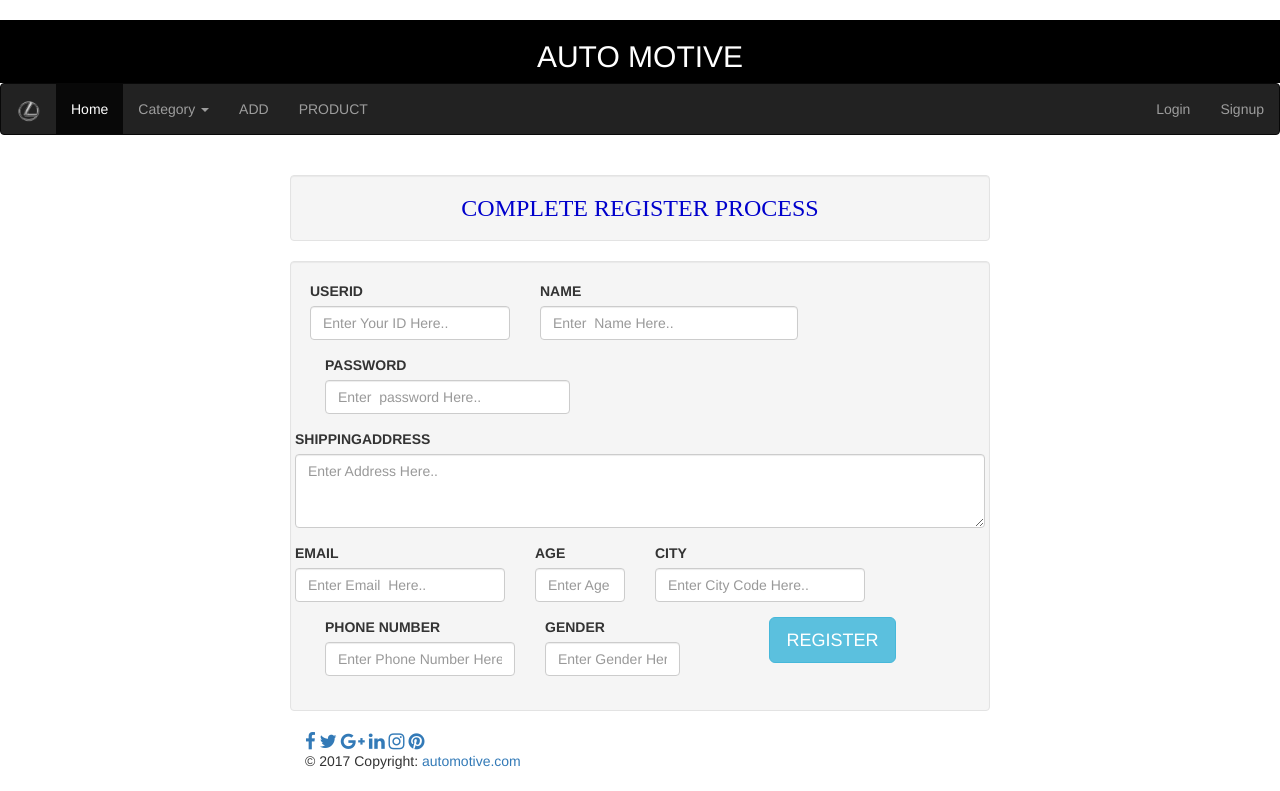
Repository: kavintech/DTProject
Page: http://localhost/Ecommerce_frontend/WEB-INF/views/registerpage.jsp
The author's editor kept a copy of each file at every save. The page is drawn from the files as they stood at one save, then again after the next save.
The browser window is 1280 px wide. The pictures show the whole page.
Some web libraries are served in a nearby version. The page is served by Tomcat 9. Nobody is signed in. Other server files are loaded and not shown. The template is opened directly, without the code that normally fills it, so the values that code supplies are empty.

Above is the page before, as saved 2017-11-27 07:43:27.

### Ecommerce_frontend/src/main/webapp/WEB-INF/views/registerpage.jsp
<%@ page language="java" contentType="text/html; charset=ISO-8859-1"
    pageEncoding="ISO-8859-1"%>
<!DOCTYPE html PUBLIC "-//W3C//DTD HTML 4.01 Transitional//EN" "http://www.w3.org/TR/html4/loose.dtd">
<html>
<head>
<meta http-equiv="Content-Type" content="text/html; charset=ISO-8859-1">
<title>Insert title here</title>
<!-- To Access the Bootstrap link -->
<link rel="stylesheet" href="https://maxcdn.bootstrapcdn.com/bootstrap/3.3.7/css/bootstrap.min.css">
<script src="https://ajax.googleapis.com/ajax/libs/jquery/3.2.1/jquery.min.js"></script>
<script src="https://maxcdn.bootstrapcdn.com/bootstrap/3.3.7/js/bootstrap.min.js"></script>
<link href="//maxcdn.bootstrapcdn.com/font-awesome/4.1.0/css/font-awesome.min.css" rel="stylesheet">
<link href=".resources/css/registerpage.css" rel="stylesheet"/>
<style type="text/css">
  .backgroundclr
  {
    background-color: #00ff00;
  }
</style>
</head>
<body>
<jsp:include page="header.jsp"></jsp:include>
<!-- Registration form here -->
<div class="container">
    <center><h3 class="well" style="font-family: times new roman;font-style: times new roman;color:#0000cc">COMPLETE REGISTER PROCESS</h3></center>
	<div class="col-lg-12 well">
	<div class="row">
				<form  action="registerpage" method="post">
					<div class="col-sm-12">
						<div class="row">
							<div class="col-sm-4 form-group">

								<label>USERID</label>
								<input type="text" placeholder="Enter Your ID Here.." class="form-control" pattern="[0-9]+" required name="userid">
							</div>
							<div class="col-sm-5 form-group">
								<label>NAME</label>
								<input type="text" placeholder="Enter  Name Here.." class="form-control" pattern="^[a-zA-Z][a-zA-Z0-9-_\.]{1,20}$" required name="username">
							</div>
						</div>
						<div class="col-sm-5 form-group">
								<label>PASSWORD</label>

								<input type="text" placeholder="Enter  password Here.." class="form-control"  pattern="[A-Za-z]+" required name="userpass">
							</div>
						</div>
						<div class="form-group">
							<label>SHIPPINGADDRESS</label>
							<textarea placeholder="Enter Address Here.." rows="3" class="form-control" pattern="^[a-zA-Z][a-zA-Z0-9-_\.]{1,20}$" required name="useraddress"></textarea>
						</div>
						<div class="row">
							<div class="col-sm-4 form-group">

								<label>EMAIL</label>
								<input type="text" placeholder="Enter Email  Here.." class="form-control" pattern="[a-z0-9._%+-]+@[a-z0-9.-]+\.[a-z]{2,4}$" required name="usermail">
							</div>
							<div class="col-sm-2 form-group">
								<label>AGE</label>
								<input type="text" placeholder="Enter Age Here.." class="form-control" required name="userage">
							</div>
							<div class="col-sm-4 form-group">
								<label>CITY</label>
								<input type="text" placeholder="Enter City Code Here.." class="form-control" pattern="^[a-zA-Z][a-zA-Z0-9-_\.]{1,20}$" required name="usercity">
							</div>
						</div>


						</div>
					<div class="form-group">
					<div class="col-sm-4 form-group">
						<label>PHONE NUMBER</label>
						<input type="text" placeholder="Enter Phone Number Here.." class="form-control" pattern="^\{10}$" required name="userphone">
					</div>

					<div class="form-group">
					<div class="col-sm-3 form-group">
						<label>GENDER</label>
						<input type="text" placeholder="Enter Gender Here.."  class="form-control" pattern="^[a-zA-Z][a-zA-Z0-9-_\.]{1,20}$" required name="usergen">

					</div>

					<center>

					<input type="submit" class="btn btn-lg btn-info" value="REGISTER"></input>	</center>
					</div>
				</form>
				</div>
	</div>
	 <!-- Footer of the webpages -->

 <jsp:include page="footer.jsp"></jsp:include>

	</div>
</body>
</html>

### Ecommerce_frontend/src/main/webapp/WEB-INF/views/header.jsp
<%@ page language="java" contentType="text/html; charset=ISO-8859-1"
    pageEncoding="ISO-8859-1"%>
    <%@ taglib prefix = "c" uri = "http://java.sun.com/jsp/jstl/core" %>
<!DOCTYPE html PUBLIC "-//W3C//DTD HTML 4.01 Transitional//EN" "http://www.w3.org/TR/html4/loose.dtd">
<html>
<head>
<meta http-equiv="Content-Type" content="text/html; charset=ISO-8859-1">
<title>Insert title here</title>
<link rel="stylesheet" href="https://maxcdn.bootstrapcdn.com/bootstrap/3.3.7/css/bootstrap.min.css">
  <script src="https://ajax.googleapis.com/ajax/libs/jquery/3.2.1/jquery.min.js"></script>
  <script src="https://maxcdn.bootstrapcdn.com/bootstrap/3.3.7/js/bootstrap.min.js"></script>
</head>
<body>
<div class="container-fluid" style="background-color: BLACK;">
        <div class="row">
            <div class="col-md-12">
                <h2 class="text-center" style="margin-center:8.5%;color: white">AUTO MOTIVE</h2>
     </div>
     </div>
     </div>
<nav class="navbar navbar-inverse">
  <div class="container-fluid">
    <div class="navbar-header">
    <a class="navbar-brand brand-name">

    <img  src="./resources/images/lexus.png" class="img-circle" width="25px"></a>

     </div>
    <ul class="nav navbar-nav">
      <li class="active"><a href="#">Home</a></li>
      <li class="dropdown">

        <a class="dropdown-toggle" data-toggle="dropdown" href="">Category
        <span class="caret"></span></a>
        <ul class="dropdown-menu">
         <c:forEach items="${list}" var="p">

          <li><a href="">${p.categoryname}</a></li>

         </c:forEach>
        </ul>

      </li>
      <li><a href="<c:url value="admin/add"/>" role="button" aria-haspopup="true"
					aria-expanded="false">ADD</a></li>
      <li><a href="admin/productlistview">PRODUCT</a></li>
    </ul>
    <ul class="nav navbar-nav navbar-right">
     <c:if test="${pageContext.request.userPrincipal.name == null }">
					<li>
					 <a href=' <c:url value="/login" />'>Login</a>
					</li>
				<li><a href=' <c:url value="/reg" />'>Signup</a></li>

				</c:if>
    </ul>
  </div>

</nav>

</body>
</html>

### Ecommerce_frontend/src/main/webapp/WEB-INF/views/footer.jsp
<%@ page language="java" contentType="text/html; charset=ISO-8859-1"
    pageEncoding="ISO-8859-1"%>
<!DOCTYPE html PUBLIC "-//W3C//DTD HTML 4.01 Transitional//EN" "http://www.w3.org/TR/html4/loose.dtd">
<html>
<head>
<meta http-equiv="Content-Type" content="text/html; charset=ISO-8859-1">
<title>Insert title here</title>
<link rel="stylesheet" href="https://maxcdn.bootstrapcdn.com/bootstrap/3.3.7/css/bootstrap.min.css">
  <script src="https://ajax.googleapis.com/ajax/libs/jquery/3.2.1/jquery.min.js"></script>
  <script src="https://maxcdn.bootstrapcdn.com/bootstrap/3.3.7/js/bootstrap.min.js"></script>

<!--Footer-->
<footer class="page-footer indigo center-on-small-only pt-0">

    <!--Footer Links-->
    <div class="container">

        <!--First row-->
        <div class="row">

            <!--First column-->
            <div class="col-md-12">

                <div class="footer-socials mb-5 flex-center">

                    <!--Facebook-->
                    <a class="icons-sm fb-ic"><i class="fa fa-facebook fa-lg white-text mr-md-4"> </i></a>
                    <!--Twitter-->
                    <a class="icons-sm tw-ic"><i class="fa fa-twitter fa-lg white-text mr-md-4"> </i></a>
                    <!--Google +-->
                    <a class="icons-sm gplus-ic"><i class="fa fa-google-plus fa-lg white-text mr-md-4"> </i></a>
                    <!--Linkedin-->
                    <a class="icons-sm li-ic"><i class="fa fa-linkedin fa-lg white-text mr-md-4"> </i></a>
                    <!--Instagram-->
                    <a class="icons-sm ins-ic"><i class="fa fa-instagram fa-lg white-text mr-md-4"> </i></a>
                    <!--Pinterest-->
                    <a class="icons-sm pin-ic"><i class="fa fa-pinterest fa-lg white-text"> </i></a>
                </div>
            </div>
            <!--/First column-->
        </div>
        <!--/First row-->
    </div>
    <!--/Footer Links-->

    <!--Copyright-->
    <div class="footer-copyright">
        <div class="container-fluid">
            © 2017 Copyright: <a href="https://www.automotive.com">automotive.com </a>
        </div>
    </div>
    <!--/Copyright-->

</footer>

</head>
<body>

</body>
</html>

### Ecommerce_frontend/src/main/webapp/resources/css/registerpage.css
/* Space out content a bit */
body {
  padding-top: 20px;
  padding-bottom: 20px;
}

/* Everything but the jumbotron gets side spacing for mobile first views */
.header,
.marketing,
.footer {
  padding-right: 15px;
  padding-left: 15px;
}

/* Custom page header */
.header {
  border-bottom: 1px solid #e5e5e5;
}
/* Make the masthead heading the same height as the navigation */
.header h3 {
  padding-bottom: 19px;
  margin-top: 0;
  margin-bottom: 0;
  line-height: 40px;
}

/* Custom page footer */
.footer {
  padding-top: 19px;
  color: #777;
  border-top: 1px solid #e5e5e5;
}

/* Customize container */
@media (min-width: 768px) {
  .container {
    max-width: 730px;
  }
}
.container-narrow > hr {
  margin: 30px 0;
}

/* Main marketing message and sign up button */
.jumbotron {
  text-align: center;
  border-bottom: 1px solid #e5e5e5;
}
.jumbotron .btn {
  padding: 14px 24px;
  font-size: 21px;
}

/* Supporting marketing content */
.marketing {
  margin: 40px 0;
}
.marketing p + h4 {
  margin-top: 28px;
}

/* Responsive: Portrait tablets and up */
@media screen and (min-width: 768px) {
  /* Remove the padding we set earlier */
  .header,
  .marketing,
  .footer {
    padding-right: 0;
    padding-left: 0;
  }
  /* Space out the masthead */
  .header {
    margin-bottom: 30px;
  }
  /* Remove the bottom border on the jumbotron for visual effect */
  .jumbotron {
    border-bottom: 0;
  }
}

After the next save:
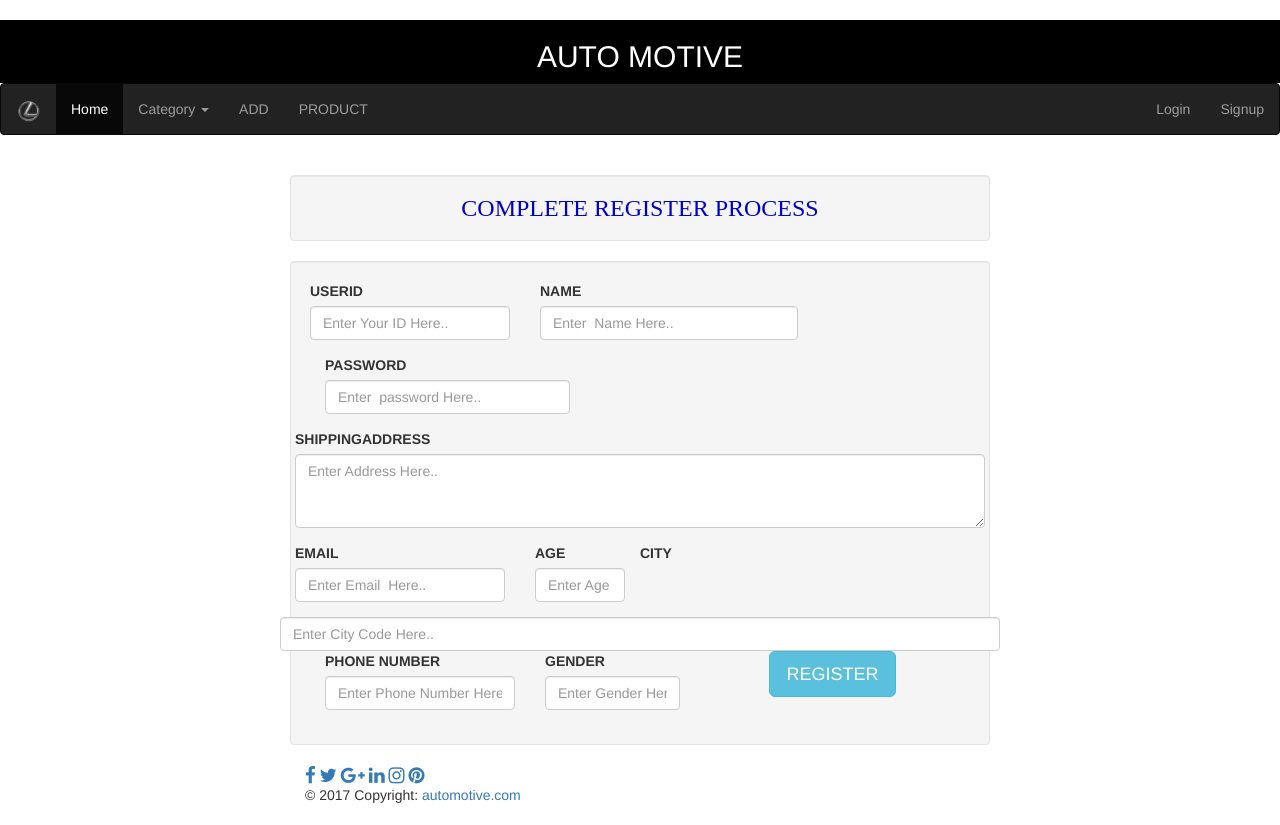
Saved 17 s later.
--- a/Ecommerce_frontend/src/main/webapp/WEB-INF/views/registerpage.jsp
+++ b/Ecommerce_frontend/src/main/webapp/WEB-INF/views/registerpage.jsp
@@ -58,7 +58,7 @@
 								<label>AGE</label>
 								<input type="text" placeholder="Enter Age Here.." class="form-control" required name="userage">
 							</div>
-							<div class="col-sm-4 form-group">
+							<div class="col-sm-43form-group">
 								<label>CITY</label>
 								<input type="text" placeholder="Enter City Code Here.." class="form-control" pattern="^[a-zA-Z][a-zA-Z0-9-_\.]{1,20}$" required name="usercity">
 							</div>

After the 2 saves that followed:
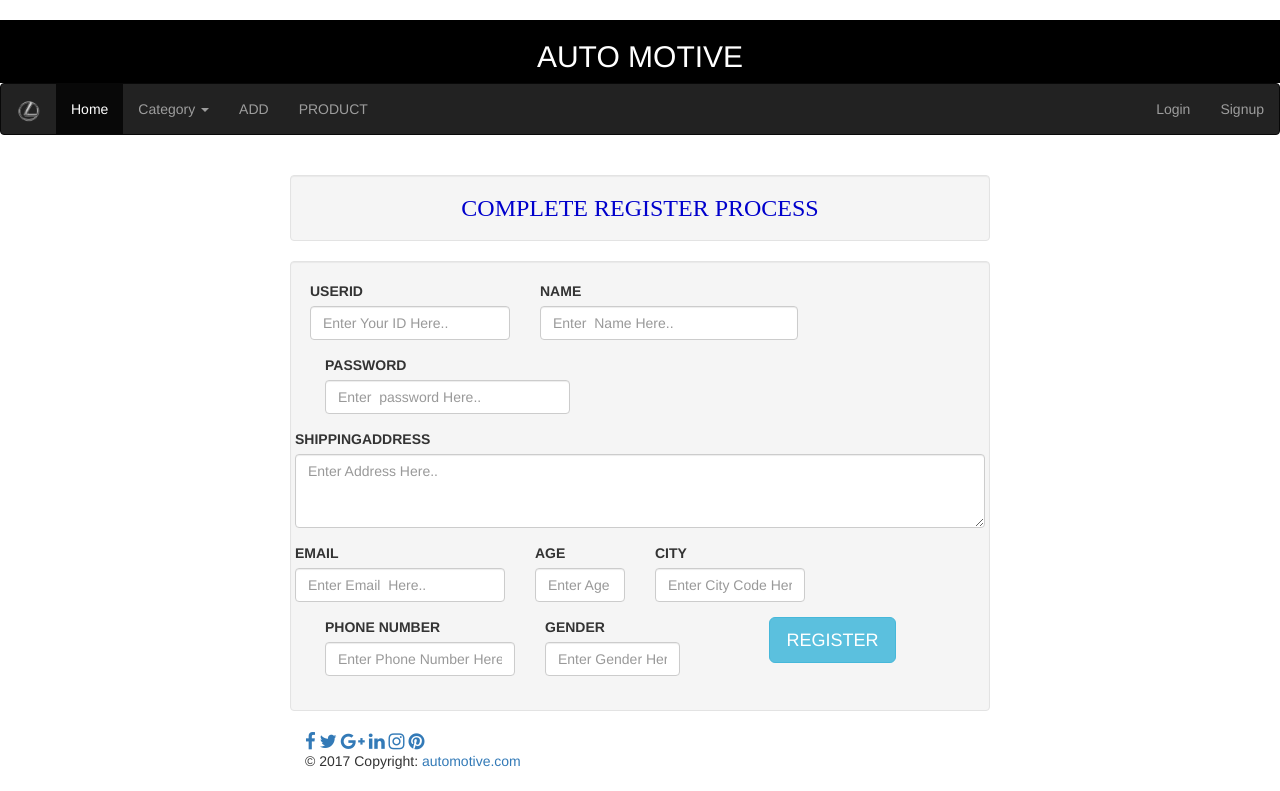
The 2 saves are shown as one change because 1 left the picture as it was.
The last was saved 58 s later.
--- a/Ecommerce_frontend/src/main/webapp/WEB-INF/views/registerpage.jsp
+++ b/Ecommerce_frontend/src/main/webapp/WEB-INF/views/registerpage.jsp
@@ -58,7 +58,7 @@
 								<label>AGE</label>
 								<input type="text" placeholder="Enter Age Here.." class="form-control" required name="userage">
 							</div>
-							<div class="col-sm-43form-group">
+							<div class="col-sm-3 form-group">
 								<label>CITY</label>
 								<input type="text" placeholder="Enter City Code Here.." class="form-control" pattern="^[a-zA-Z][a-zA-Z0-9-_\.]{1,20}$" required name="usercity">
 							</div>
